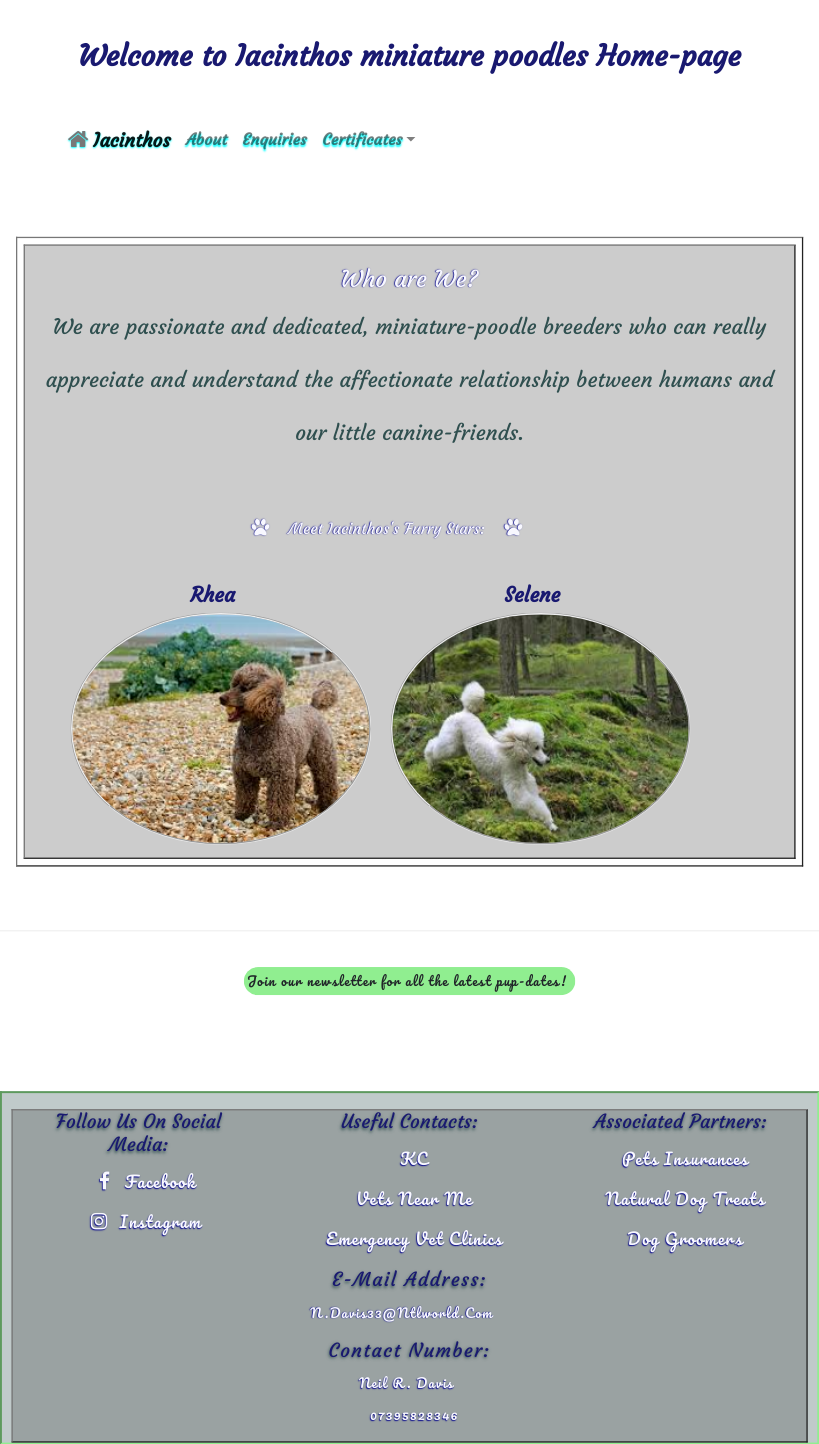
Repository: Code-Institute-Submissions/GeorgiosSklav-Iacinthos-blog
Page: index.html
The author's editor kept a record of every edit. The page is drawn from the files as they stood at one moment, then again after the next edit.
The browser window is 1280 px wide. The pictures show the whole page, at 64% of full size.

Above is the page before.

### index.html
<!DOCTYPE html>
<html lang="en">

<head>
    <meta charset="UTF-8">
    <meta name="viewport" content="width=device-width, initial-scale=1.0">
    <meta http-equiv="X-UA-Compatible" content="ie=edge">
    <link rel="stylesheet" href="https://stackpath.bootstrapcdn.com/bootstrap/4.3.1/css/bootstrap.min.css " integrity="sha384-ggOyR0iXCbMQv3Xipma34MD+dH/1fQ784/j6cY/iJTQUOhcWr7x9JvoRxT2MZw1T " crossorigin="anonymous">
    <title>Iacinthos mini Poodles</title>
    <link rel="stylesheet" href="https://stackpath.bootstrapcdn.com/font-awesome/4.7.0/css/font-awesome.min.css" integrity="sha384-wvfXpqpZZVQGK6TAh5PVlGOfQNHSoD2xbE+QkPxCAFlNEevoEH3Sl0sibVcOQVnN" crossorigin="anonymous">
    <link rel="stylesheet" href="style.css" type="text/css" />
</head>

<body>

    <!--Header-->

    <header class="container">
        <div class="row align-items-start homepage">
            <div class="col-12 logo">
                <h1>Welcome to Iacinthos miniature poodles Home-page</h1>
            </div>
        </div>
        <nav class="navbar navbar-light navbar-expand-sm">
            <div class="navbar-brand"><i class="fa fa-home"></i>Iacinthos</div>
            <button class="navbar-toggler ml-auto" type="button" data-toggle="collapse" data-target="#navbarNavDropdown" aria-controls="navbarNavDropdown">
            <span class="navbar-toggler-icon"></span></button>
            <div class="collapse navbar-collapse" id="navbarNavDropdown">
                <ul class="navbar-nav mt-auto mt-2 mt-lg-0">
                    <li class="nav-item item2 mr-2"><a class="nav-link" href="about-them.html">About</a></li>
                    <li class="nav-item mr-2"><a class="nav-link" href="request-form.html">Enquiries</a></li>
                    <li class="nav-item dropdown">
                        <div class="nav-link dropdown-toggle" id="navbarDropdownMenuLink" role="button" data-toggle="dropdown" aria-haspopup="true" aria-expanded="false">
                            Certificates</div>
                        <div class="dropdown-menu" aria-labelledby="navbarDropdownMenuLink">
                            <a class="dropdown-item" target="_blank" href="./Media/certificate.pdf"><i class="fa fa-download"></i>Kennel Club</a>
                            <a class="dropdown-item" target="_blank" href="./Media/lineage1.pdf"><i class="fa fa-download"></i>Blood-Lineage</a>
                        </div>
                    </li>
                </ul>
            </div>
        </nav>
    </header>

    <!--main-body-->

    <main>
        <div class="jumbotron-fluid about" id="frame">
            <div class="background-overlay">
                <div class="about">
                    <h3 class="about-title">Who are We?</h3>
                    <p>We are passionate and dedicated, miniature-poodle breeders who can really appreciate and understand the affectionate relationship between humans and our little canine-friends.</p>
                </div>

                <div class="container">
                    <div class="row introduction">
                        <div class="col-12 container-title capitalise">
                            <h4><i class="fa fa-paw" aria-hidden="true"></i>Meet Iacinthos's furry stars:<i class="fa fa-paw" aria-hidden="true"></i></h4>
                        </div>
                        <div class="col-10 offset-1 offset-sm-0 col-sm-6 offset-md-0 col-md-6">
                            <h5 class="dog-name">Rhea</h5>
                            <img src="./Media/photos/selene.jpg" class="img-50" alt="dog-white">
                        </div>
                        <div class="col-10 offset-1 offset-sm-0 col-sm-6 offset-md-0 col-md-6">
                            <h5 class="dog-name">Selene</h5>
                            <img src="./Media/photos/forest.jpg" class="img-50" alt="dog-brown">
                        </div>
                    </div>
                </div>
            </div>
        </div>
        <hr>

        <!--Modal-->

        <button type="button" class="btn btn-color" data-toggle="modal" data-target="#exampleModal">
  Join our newsletter for all the latest pup-dates!
</button>
        <div class="modal fade" id="exampleModal" tabindex="-1" role="dialog" aria-labelledby="exampleModalLabel" aria-hidden="true">
            <div class="modal-dialog" role="document">
                <div class="modal-content">
                    <div class="modal-header">
                        <h5 class="modal-title" id="exampleModalLabel">Join our family with a flick of your paw!</h5>
                        <button type="button" class="close" data-dismiss="modal" aria-label="Close">
                     <span aria-hidden="true">&times;</span>
        </button>
                    </div>
                    <div class="modal-body">
                        <form class="modal-newsletter">
                            <div class="form-group ">
                                <input type="email" class="form-control" id="InputEmail2" aria-describedby="InputEmail2" placeholder="Your Woof-mail....">
                            </div>
                            <div class="form-group">
                                <input type="password" class="form-control" id="InputPassword2" placeholder="....and a Woof-password">
                            </div>
                            <div class="form-group form-check">
                                <input type="checkbox" class="form-check-input" id="Check1">
                                <label class="form-check-label" for="Check1">Remember me</label>
                            </div>
                        </form>
                    </div>
                    <div class="modal-footer">
                        <button type="button" class="btn btn-danger" data-dismiss="modal">Close</button>
                        <button type="button" class="btn btn-info">Subscribe</button>
                    </div>
                </div>
            </div>
        </div>
    </main>

    <!--footer-->

    <footer class="container-fluid footer">
        <div class="background-overlay">
            <div class="row">
                <div class="col-12 col-md-12 col-lg-3">
                    <h4 class="social-title capitalise">Follow us on social media:</h4>
                    <ul class="social-links">
                        <li>
                            <a target="_blank" href="https://www.facebook.com/neil.davis.9862">
                            <i class="fa fa-facebook"></i>
                            <span>Facebook</span>
                        </a>
                        </li>
                        <li>
                            <a target="_blank" href="https://instagram.com/neilr.davis?igshid=wmi0mqp5d2se">
                            <i class="fa fa-instagram"></i>
                            <span>Instagram</span>
                        </a>
                        </li>
                    </ul>
                </div>
                <div class="col-12 col-md-3 col-lg-3">
                    <h4 class="social-title capitalise">Useful contacts:</h4>
                    <ul class="social-links">
                        <li>
                            <a target="_blank" href="https://www.thekennelclub.org.uk/">
                            <span class="capitalise">KC</span>
                        </a>
                        </li>
                        <li>
                            <a target="_blank" href="https://www.google.com/search?q=vet+near+me&oq=vet+near&aqs=chrome.0.0j69i57j0l4.4119j0j7&sourceid=chrome&ie=UTF-8">
                            <span class="capitalise">Vets near me</span>
                        </a>
                        </li>
                        <li>
                            <a target="_blank" href="https://www.google.com/search?q=emergency+vet+clinic+near+me&oq=emergency+vet&aqs=chrome.4.69i57j0l5.15430j0j7&sourceid=chrome&ie=UTF-8">
                            <span class="capitalise">Emergency vet clinics</span>
                        </a>
                        </li>

                    </ul>
                </div>
                <div class="col-12 col-md-3 col-lg-3">
                    <h4 class="social-title capitalise">Associated partners:</h4>
                    <ul class="social-links">
                        <li>
                            <a target="_blank" href="https://www.google.com/search?q=pet+insurance+near+me&oq=pet+ins&aqs=chrome.2.0j69i57j0l4.6094j0j7&sourceid=chrome&ie=UTF-8">
                            <span class="capitalise">pets insurances</span>
                        </a>
                        </li>
                        <li>
                            <a target="_blank" href="https://www.doglistener.co.uk/catalog/natural-dog-treats-0">
                            <span class="capitalise">natural dog treats</span>
                        </a>
                        </li>
                        <li>
                            <a target="_blank" href="https://www.google.com/search?q=dog+groomer+near+me&oq=dog+groomer&aqs=chrome.1.69i57j0l5.4790j0j7&sourceid=chrome&ie=UTF-8">
                            <span class="capitalise">Dog groomers</span>
                        </a>
                        </li>
                    </ul>
                </div>
               <div class="col-12 col-md-3 col-lg-3 contacts">
                    <h4 class="social-title capitalise">e-mail address:</h4>
                    <p class="capitalise social-links">
                        n.davis33@ntlworld.com
                    </p>
                    <h4 class="social-title capitalise">Contact number:</h4>
                    <ul class="social-links">
                        <li class="social-links capitalise">
                            neil r. davis
                        </li>
                        <li class="capitalise">
                            07395828346
                        </li>
                    </ul>
                </div>
            </div>
        </div>
    </footer>

    <script src="https://code.jquery.com/jquery-3.3.1.slim.min.js" integrity="sha384-q8i/X+965DzO0rT7abK41JStQIAqVgRVzpbzo5smXKp4YfRvH+8abtTE1Pi6jizo" crossorigin="anonymous"></script>
    <script src="https://cdnjs.cloudflare.com/ajax/libs/popper.js/1.14.7/umd/popper.min.js" integrity="sha384-UO2eT0CpHqdSJQ6hJty5KVphtPhzWj9WO1clHTMGa3JDZwrnQq4sF86dIHNDz0W1" crossorigin="anonymous"></script>
    <script src="https://stackpath.bootstrapcdn.com/bootstrap/4.3.1/js/bootstrap.min.js" integrity="sha384-JjSmVgyd0p3pXB1rRibZUAYoIIy6OrQ6VrjIEaFf/nJGzIxFDsf4x0xIM+B07jRM" crossorigin="anonymous"></script>
</body>

</html>

### style.css
@import url('https://fonts.googleapis.com/css?family=Courgette:100,200,300,400,500,600,700|Pacifico:100,200,300,400,500,600,700');

/*------------------------------------------------body background*/

body {
    line-height: 2.5;
    text-align: center;
}

.background-overlay {
    position: relative;
    height: 100%;
    width: 100%;
    padding: 0;
    background-color: rgba(0, 0, 0, 0.2);
    border: 2px outset #777;
}

h1 {
    font-family: "Courgette", sans-serif;
    font-weight: 700;
    font-size: 45px;
    color: #191970;
    margin-top: 35px;
    margin-bottom: 5px;
    padding-top: 25px;
}

.heading {
    margin: 25px;
}

.capitalise {
    text-transform: capitalize;
}

/*------------------------------------------------Navbar*/

.navbar {
    word-wrap: normal;
   margin-bottom: 100px;
   margin-top: 50px;
}

.navbar-light {
    font-family: 'Courgette', sans-serif;
    font-weight: 600;
    font-size: 25px;
    text-shadow: 0px 2px 3px #00ffff;
}

.nav-link {
margin: 0;
 right:0;
 bottom: 0;
 color: #fff;
}

.nav-link:hover {
    background-color: rgba(120, 0, 50, .1);
}
.dropdown {
    margin-left: 0;
    padding: 0;
}
.dropdown-menu {
    background-color: #a9a9a9;
    font-weight: 600;
    font-size: 20px;
 padding:0;
}

.dropdown-menu ul li:hover {
    background-color: #a9a9a9;
}

.ml-auto {
    background-color: #a9a9a9;
}

.navbar i {
    font-size: 35px;
    padding-top: 0;
    padding-bottom: 5px;
    padding-right: 2px;
    margin: 5px;
    color: #777;
}

.navbar-brand {
    font-size: 30px;
}

.fa-download {
    margin-right: 2px;
    margin-left: 2px;
}

.fa-download:hover {
    color: #fff;
}

/*------------------------------------------Media queries*/

@media (max-width: 300px) {
    .ml-auto:hover {
        background-color: #777;
    }
    .dropdown-item:hover {
        background-color: #777;

    }
    #navbarNavDropdown {
        background-color: #a9a9a9;
    }


    #navbarNavDropdown ul li:hover {
        background-color: #90ee90;
    }
}



@media (max-width: 3800px) {
    .dropdown-menu {
        background-color: rgba(120, 0, 50, .3);

    }
    .dropdown-item:hover {
        background-color: #777;
        color: #fff;
    }
    .col-lg-3 {
        flex: 30%;
        max-width: 100%;
    }
}

/*------------------------------------------------Homepage*/

.homepage a {
    text-decoration: none;
    height: 100%;
}

.introduction {
    height: 90%;
    width: 90%;
}

.img-10 {
    float: left;
    width: 15%;
    border-radius: 50%;
    border: groove #777;
}

.img-20 {
    float: right;
    width: 20%;
    border-radius: 50%;
    border: groove #777;
    margin: 2px;
}

.img-30 {
    float: left;
    width: 30%;
    border: groove #777;
    margin: 2px;
}

.img-50 {
    margin-left: 25px;
    margin-bottom: 20px;
    width: 100%;
    float: none;
    border-style: groove;
    border-radius: 50%;
}

/*--------------------------------------------texts,p*/

.container-title {
    text-align: center;
    margin: 35px;
    font-family: "Courgette", sans-serif;
    color: #f8f8ff;
    text-shadow: -1px 1px 2px #00008b;
}

.container-title i {
    font-size: 30px;
    padding: 15px;
    margin: 15px;
}

.dog-name {
    font-family: "Courgette", sans-serif;
    font-weight: 700;
    font-size: 32px;
    margin-left: 25px;
    color: #191970;
}

/*----------------------------------------about us section*/

.about {
    margin: 25px;
    font-family: "Courgette", sans-serif;
    font-size: 33px;
    color: #2f4f4f;
}

.about .about-title {
    color: #f8f8ff;
    text-shadow: -1px 1px 2px #00008b;
    font-size: 36px;
    padding: 5px 2px;
}

#frame {
    border: 2px outset #777;
    font-size: 33px;
    margin-top: 45px;
    margin-bottom: 100px;
    padding: 10px;
    font-weight: 200;
    background-color: #fff;
}

/*----------------------------------------newsletter button*/

.btn-color {
    background-color: #90ee90;
    font-family: "Pacifico", sans-serif;
    font-size: 20px;
    letter-spacing: 2px;
    margin: 40px 25px 150px;
    padding-left: 4px;
    border-radius: 50px;
}

.btn-color:hover {
    color: #90ee90;
    background-color: #777;
}

/*----------------------------------------Modal styling*/

.modal-title {
    font-family: "Pacifico", sans-serif;
    font-size: 25px;
    margin: 10px 5px;
}

.modal-content {
    background-color: #90ee90;
    text-shadow: -3px 2px 0.5px #ffefd5;
    color: #777;
}

.modal-footer .btn-danger,
.btn-info {
    margin-right: 20px;
}

.modal-body {
    padding: 0 15px 0 15px;
    top: 5px;
    bottom: 0;
    margin-top: 10px;
}


/*----------------------------------------footer*/

.footer {
    border: 3px inset #90ee90;
    background-color: rgba(47, 79, 79, .3);
    padding-top: 25px;
    margin: 0 5px 0 0;
    text-align: center;
    display: run-in;
}


.contacts .social-title {
    font-family: "Courgette", sans-serif;
    font-size: 30px;
    font-weight: 400;
    letter-spacing: 2px;
    color: #191970;
}


.social-links {
    list-style: none;
    padding-right: 25px;
    font-family: "Pacifico", sans-serif;
    color: #f8f8ff;
    font-size: 20px;
    font-weight: 300;
    letter-spacing: 2px;
    text-shadow: -1px 1px 2px #00008b;
}

.social-links li a {
    text-decoration: none;
    font-family: "Pacifico", sans-serif;
    font-size: 25px;
    font-weight: 400;
    letter-spacing: 2px;
    color: #f8f8ff;
    text-shadow: -1px 1px 2px #00008b;
}

.social-links li a:hover {
    color: #90ee90;
}

.social-links li i {
    font-size: 30px;
    height: 45px;
    width: 45px;
}

.social-title {
    word-break: keep-all;
    margin-left: 50px;
    margin-right: 50px;
    font-size: 30px;
    font-family: "Courgette", sans-serif;
    color: #191970;
    text-shadow: -1px 2px 5px #2f4f4f;
}

.contact-heading {
    font-family: "Courgette", sans-serif;
    font-weight: 300;
    margin-top: 25px;
    margin-bottom: 20px;
}

.form-control {
    font-size: 20px;
    background-color: #90ee90;
}

.control {
    background-color: #90ee90;
}

.center-form {
    padding: 15px 5px 10px;
    margin: 15px auto;
    max-width: 80%;
}

button[type="submit"] {
    margin-bottom: 20px;
    margin-top: 13px;
    color: #90ee90;
    background-color: #777;
}

button[type="submit"]:hover {
    background-color: #90ee90;
    color: #777;
}

After the next edit:
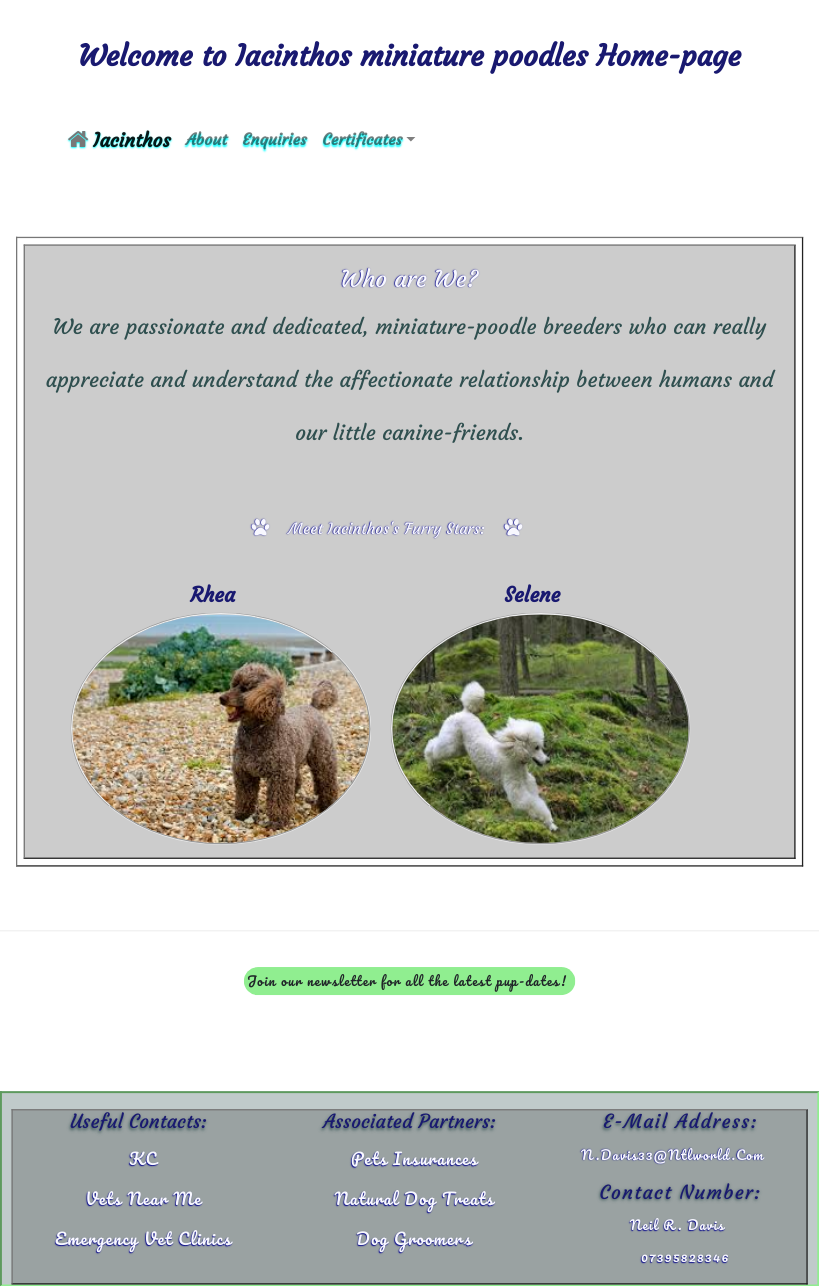
The edit:
--- a/index.html
+++ b/index.html
@@ -113,23 +113,7 @@
     <footer class="container-fluid footer">
         <div class="background-overlay">
             <div class="row">
-                <div class="col-12 col-md-12 col-lg-3">
-                    <h4 class="social-title capitalise">Follow us on social media:</h4>
-                    <ul class="social-links">
-                        <li>
-                            <a target="_blank" href="https://www.facebook.com/neil.davis.9862">
-                            <i class="fa fa-facebook"></i>
-                            <span>Facebook</span>
-                        </a>
-                        </li>
-                        <li>
-                            <a target="_blank" href="https://instagram.com/neilr.davis?igshid=wmi0mqp5d2se">
-                            <i class="fa fa-instagram"></i>
-                            <span>Instagram</span>
-                        </a>
-                        </li>
-                    </ul>
-                </div>
+
                 <div class="col-12 col-md-3 col-lg-3">
                     <h4 class="social-title capitalise">Useful contacts:</h4>
                     <ul class="social-links">
